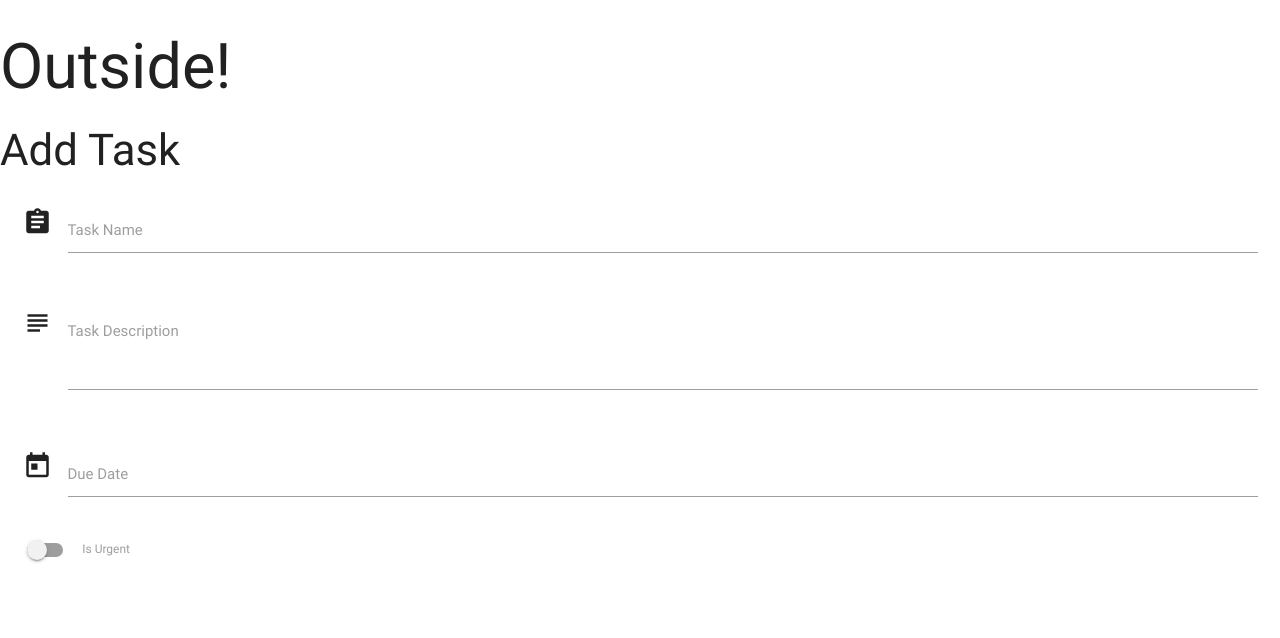
Repository: MelBiggs/task_manager
Page: http://localhost/add_task
The author's editor kept a record of every edit. The page is drawn from the files as they stood at one moment, then again after the next edit.
The browser window is 1280 px wide. The pictures show the whole page.
The page is served by the project's application, run on Flask 3 (app.py). Queries for data that is not in the repository find no rows.

Above is the page before.

After the next edit:
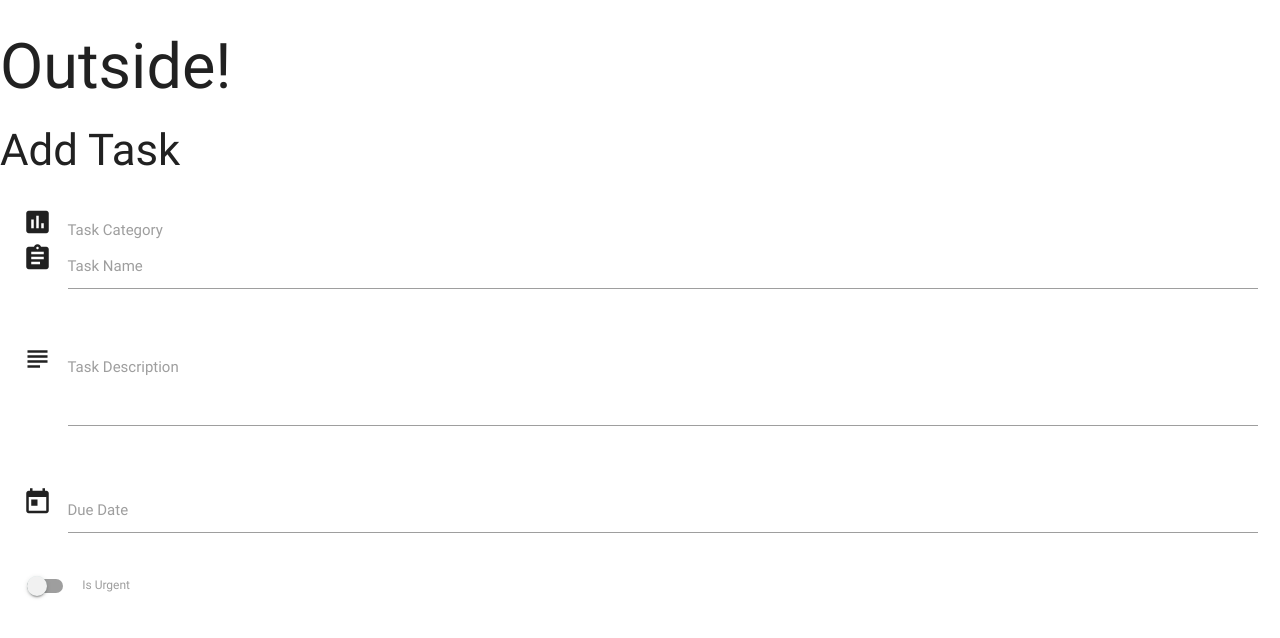
The edit:
--- a/templates/addtask.html
+++ b/templates/addtask.html
@@ -3,6 +3,18 @@
 <div class="row">
     <form action="" method="POST" class="col s12">
         <div class="row">
+            <div class="row">
+                <div class="input-field col s12">
+                    <i class="material-icons prefix">poll</i>
+                    <select id="category" name="category_name">
+                  <option value="" disabled selected>Choose Category</option>
+                  {% for cat in categories %}
+                      <option value="{{cat.category_name}}">{{cat.category_name}}</option>
+                  {% endfor %}
+                </select>
+                    <label>Task Category</label>
+                </div>
+            </div>
             <div class="input-field col s12">
                 <i class="material-icons prefix">assignment</i>
                 <input id="task_name" name="task_name" type="text">
@@ -17,7 +29,7 @@
             </div>
         </div>
         <div class="row">
-            <div class="input-field col s12">
+            <div class="input-field col s12" id="matfix">
                 <i class="material-icons prefix">today</i>
                 <input id="due_date" name="due_date" type="text" class="datepicker">
                 <label for="icon_prefix">Due Date</label>

After the edit that followed:
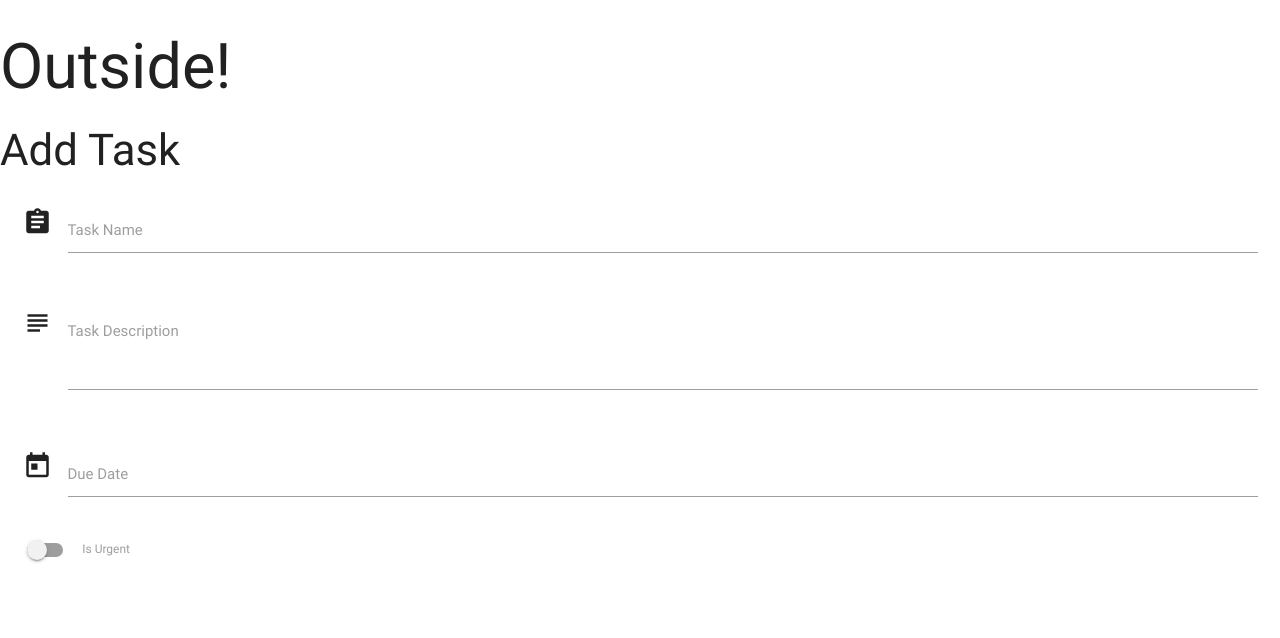
The edit:
--- a/templates/addtask.html
+++ b/templates/addtask.html
@@ -3,18 +3,6 @@
 <div class="row">
     <form action="" method="POST" class="col s12">
         <div class="row">
-            <div class="row">
-                <div class="input-field col s12">
-                    <i class="material-icons prefix">poll</i>
-                    <select id="category" name="category_name">
-                  <option value="" disabled selected>Choose Category</option>
-                  {% for cat in categories %}
-                      <option value="{{cat.category_name}}">{{cat.category_name}}</option>
-                  {% endfor %}
-                </select>
-                    <label>Task Category</label>
-                </div>
-            </div>
             <div class="input-field col s12">
                 <i class="material-icons prefix">assignment</i>
                 <input id="task_name" name="task_name" type="text">
@@ -29,7 +17,7 @@
             </div>
         </div>
         <div class="row">
-            <div class="input-field col s12" id="matfix">
+            <div class="input-field col s12">
                 <i class="material-icons prefix">today</i>
                 <input id="due_date" name="due_date" type="text" class="datepicker">
                 <label for="icon_prefix">Due Date</label>
